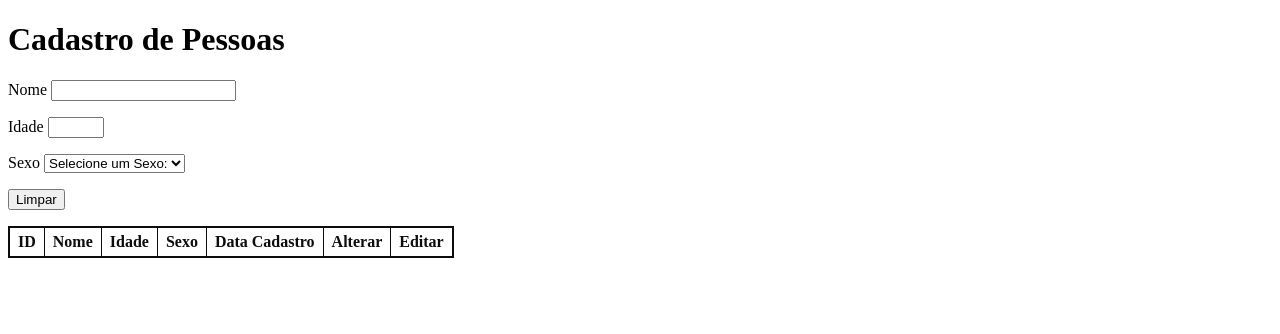
Repository: willisabino/Cadastrar-Pessoas
Page: http://localhost/cadastrarPessoas2/pessoaservlet
An editor plug-in stored every save of this project. The page is shown before and after the next save, followed by the edit.
The browser window is 1280 px wide. The pictures show the whole page.
The page is served by Tomcat 9. Other server files are loaded and not shown. Queries for data that is not in the repository find no rows.

Above is the page before, as saved 2022-05-22 23:28:39.

### cadastrarPessoas2/src/main/webapp/index.jsp
<%@page import="br.com.cadastrarpessoa.servlet.PessoaServlet"%>
<%@page import="br.com.cadastrarpessoa.service.PessoaService"%>
<%@page import="java.util.ArrayList"%>
<%@page import="br.com.cadastrarpessoa.model.Pessoa"%>
<%@page import="java.util.List"%>
<%@ page language="java" contentType="text/html; charset=ISO-8859-1"
	pageEncoding="ISO-8859-1"%>
<%@ taglib uri="http://java.sun.com/jsp/jstl/core" prefix="c"%>
<%@ taglib uri="http://java.sun.com/jsp/jstl/fmt" prefix="fmt"%>
<!DOCTYPE html>
<html>
<head>
<meta charset="ISO-8859-1">
<title>Cadastrar Pessoas</title>
<link rel="stylesheet" href="estilo.css">
</head>

<body>

	<form action="pessoaservlet" method="post">

		<h1>Cadastro de Pessoas</h1>

		<p hidden="hidden">
			<label for="id">ID</label>
			<input type="number" name="id" id="id" value="${ cadastro.id }">
		</p>
		<p>
			<label for="nome">Nome</label>
			<input type="text" name="nome" id="nome" required value="${ cadastro.nome }">
		</p>
		<p>
			<label for="nome">Idade</label>
			<input type="number" name="idade" id="idade" required min="0" max="99" value="${ cadastro.idade }">
		</p>
		<p>
			<label for="sexo">Sexo</label> <select name="sexo" id="sexo">
				<option>Selecione um Sexo:</option>
				<option value="m">Masculino</option>
				<option value="f">Feminino</option>
			</select>
		</p>
		<p>
			<input type="submit" value="Inserir" name="acao" id="inserir" hidden=false>
			<input type="submit" value="Alterar" name="acao" id="alterar" hidden>
			<input type="submit" value="Limpar" name="acao" id="limpar">
		</p>
	</form>

	<table>
		<thead>
			<tr>
				<th>ID</th>
				<th>Nome</th>
				<th>Idade</th>
				<th>Sexo</th>
				<th>Data Cadastro</th>
				<th>Alterar</th>
				<th>Editar</th>
			</tr>
		</thead>
		<tbody>
			<c:forEach items="${ sessaoListaPessoa }" var="listaPessoas">

				<tr>
					<td>${ listaPessoas.id }</td>
					<td>${ listaPessoas.nome }</td>
					<td>${ listaPessoas.idade }</td>
					<td>${ listaPessoas.sexo }</td>
					<td><fmt:formatDate value="${ listaPessoas.dataCadastro }" pattern="dd/MM/yyy"/></td>
					<td><a href="alterarCadastro?id=${listaPessoas.id}" onclick= 'bloquear()'>O</a></td>
					<td><a href="removePessoaServlet?id=${listaPessoas.id}">X</a></td>
				</tr>

			</c:forEach>
		</tbody>
	</table>
</body>
</html>

### cadastrarPessoas2/src/main/java/br/com/cadastrarpessoa/servlet/PessoaServlet.java
package br.com.cadastrarpessoa.servlet;

import java.io.IOException;
import java.io.PrintWriter;
import java.util.ArrayList;

import javax.servlet.RequestDispatcher;
import javax.servlet.ServletException;
import javax.servlet.annotation.WebServlet;
import javax.servlet.http.HttpServlet;
import javax.servlet.http.HttpServletRequest;
import javax.servlet.http.HttpServletResponse;

import br.com.cadastrarpessoa.dao.PessoaDao;
import br.com.cadastrarpessoa.model.Pessoa;
import br.com.cadastrarpessoa.service.PessoaService;

/**
 * Servlet implementation class PessoaServlet
 */
@WebServlet("/pessoaservlet")
public class PessoaServlet extends HttpServlet {
	private static final long serialVersionUID = 1L;


	protected void doGet(HttpServletRequest request, HttpServletResponse response) throws ServletException, IOException {

		response.setContentType("text/html");

		PessoaService pessoaService = new PessoaService();
		ArrayList<Pessoa> listaPessoa = new ArrayList<>();

		listaPessoa = pessoaService.chamaListaPessoaService();

		request.setAttribute("sessaoListaPessoa", listaPessoa);

		RequestDispatcher rd = request.getRequestDispatcher("index.jsp");
		rd.forward(request, response);
	}

	protected void doPost(HttpServletRequest request, HttpServletResponse response) throws ServletException, IOException {

		response.setContentType("text/html");

		String id =  request.getParameter("id");
		String nome =  request.getParameter("nome");
		String idade =  request.getParameter("idade");
		String sexo =  request.getParameter("sexo");
		String acao =  request.getParameter("acao");

		PessoaService pessoaService = new PessoaService();

		if(acao.equals("Inserir")) {

			pessoaService.inserirPessoas(nome, idade, sexo);

			response.sendRedirect("pessoaservlet");

		}else if(acao.equals("Alterar")) {

			pessoaService.alterarCadastro(id, nome, idade, sexo);

			response.sendRedirect("pessoaservlet");

		}

	}
}

### cadastrarPessoas2/src/main/java/br/com/cadastrarpessoa/service/PessoaService.java
package br.com.cadastrarpessoa.service;

import java.util.ArrayList;
import java.util.Date;

import br.com.cadastrarpessoa.dao.PessoaDao;
import br.com.cadastrarpessoa.model.Pessoa;

public class PessoaService {

	public ArrayList<Pessoa> chamaListaPessoaService() {

		PessoaDao pessoaDao = new PessoaDao();
		ArrayList<Pessoa> listaPessoa = new ArrayList<>();


		for(Pessoa p : pessoaDao.chamaListaPessoas()) {

			long id = p.getId();
			String nome = p.getNome();
			int idade = p.getIdade();
			String sexo = p.getSexo();
			Date data = new Date();

			listaPessoa.add(new Pessoa(id, nome, idade, sexo, data));
		}

		return listaPessoa;
	}

	public void inserirPessoas(String nome, String idade, String sexo) {

		PessoaDao pessoaDao = new PessoaDao();

		Pessoa pessoa = new Pessoa();
		pessoa.setNome(nome);
		pessoa.setIdade(Integer.parseInt(idade));
		pessoa.setSexo(sexo);
		pessoa.setDataCadastro(new Date());

		pessoaDao.inserirCadastro(pessoa);
	}

	public Pessoa buscaPessoaPeloId(String paramId) {

		int id = Integer.parseInt(paramId);

		ArrayList<Pessoa> listaPessoa = new ArrayList<>();
		PessoaService pessoaService = new PessoaService();
		listaPessoa = pessoaService.chamaListaPessoaService();

		for (int x = 0; x < listaPessoa.size(); x++) {

			if (listaPessoa.get(x).getId() == id) {

				return listaPessoa.get(x);
			}

		}
		return null;
	}

	public void alterarCadastro(String id, String nome, String idade, String sexo) {

		Pessoa pessoa = new Pessoa();
		PessoaDao pesssoaDao = new PessoaDao();


		pessoa.setNome(nome);
		pessoa.setIdade(Integer.parseInt(idade));
		pessoa.setSexo(sexo);
		pessoa.setDataCadastro(new Date());
		pessoa.setId(Long.parseLong(id));

		pesssoaDao.editarCadastro(pessoa);

	}



	public void removeCadastro(String id) {

		PessoaDao pessoaDao = new PessoaDao();

		pessoaDao.deletarCadastro(Long.parseLong(id));

	}

}

### cadastrarPessoas2/src/main/java/br/com/cadastrarpessoa/dao/PessoaDao.java
package br.com.cadastrarpessoa.dao;

import java.sql.Connection;
import java.sql.Date;
import java.sql.PreparedStatement;
import java.sql.ResultSet;
import java.util.ArrayList;

import br.com.cadastrarpessoa.factory.ConnectionFactory;
import br.com.cadastrarpessoa.model.Pessoa;

public class PessoaDao {

	public void inserirCadastro(Pessoa pessoa) {

		String sql = "INSERT INTO tb_ficha(nome, idade, sexo, dataCadastro) VALUES (?, ?, ?, ?)";

		Connection conn = null;
		PreparedStatement pstm = null;

		try {
			conn = ConnectionFactory.createConnectionToMySQL();

			pstm = (PreparedStatement) conn.prepareStatement(sql);

			pstm.setString(1, pessoa.getNome());
			pstm.setInt(2, pessoa.getIdade());
			pstm.setString(3, pessoa.getSexo());
			pstm.setDate(4, new Date(pessoa.getDataCadastro().getTime()));

			pstm.execute();

			System.out.println("Dados salvos!!!");

		}catch (Exception e) {

			e.printStackTrace();

		}finally {
			try{
				if(pstm!=null){
					pstm.close();
				}

				if(conn!=null) {
					conn.close();
				}
			}catch(Exception e) {
				e.printStackTrace();
			}
		}
	}


	public ArrayList<Pessoa> chamaListaPessoas(){

		String sql = "SELECT * FROM tb_ficha";

		ArrayList<Pessoa> pessoas = new ArrayList<Pessoa>();

		Connection conn = null;
		PreparedStatement pstm = null;

		ResultSet rset = null;

		try {
			conn = ConnectionFactory.createConnectionToMySQL();

			pstm = conn.prepareStatement(sql);

			rset = pstm.executeQuery();

			while(rset.next()) {

				Pessoa pessoa = new Pessoa();

				pessoa.setId(rset.getInt("id"));
				pessoa.setNome(rset.getString("nome"));
				pessoa.setIdade(rset.getInt("idade"));
				pessoa.setSexo(rset.getString("sexo"));
				pessoa.setDataCadastro(rset.getDate("dataCadastro"));

				pessoas.add(pessoa);
			}

		}catch (Exception e) {

			e.printStackTrace();

		}finally {
			try {
				if(rset != null) {
					rset.close();
				}

				if(pstm != null) {
					pstm.close();
				}

				if(conn!=null) {
					conn.close();
				}

			}catch(Exception e) {
				e.printStackTrace();
			}
		}

		return pessoas;
	}


	public void editarCadastro(Pessoa pessoa) {

		String sql = "UPDATE tb_ficha SET nome = ?, idade = ?, sexo = ?, dataCadastro = ? "+
		"WHERE id = ?";

		Connection conn = null;
		PreparedStatement pstm = null;

		try {
			conn = ConnectionFactory.createConnectionToMySQL();

			pstm = conn.prepareStatement(sql);

			pstm.setString(1, pessoa.getNome());
			pstm.setInt(2, pessoa.getIdade());
			pstm.setString(3, pessoa.getSexo());
			pstm.setDate(4, new Date(pessoa.getDataCadastro().getTime()));

			pstm.setLong(5, pessoa.getId());

			pstm.execute();

		}catch(Exception e) {

			e.printStackTrace();

		}finally {
			try {
				if(pstm!=null) {
					pstm.close();
				}

				if(conn!=null) {
					conn.close();
				}
			}catch(Exception e) {
				e.printStackTrace();
			}
		}

	}


	public void deletarCadastro(long id) {

		String sql = "DELETE FROM tb_ficha WHERE id = ?";

		Connection conn = null;

		PreparedStatement pstm = null;

		try {
			conn = ConnectionFactory.createConnectionToMySQL();

			pstm = conn.prepareStatement(sql);

			pstm.setLong(1, id);

			pstm.execute();

		}catch (Exception e) {

			e.printStackTrace();

		}finally {

			try {

				if(pstm != null) {

					pstm.close();

				}
				if(conn != null) {
					conn.close();
				}

			}catch(Exception e) {

				e.printStackTrace();
			}
		}
	}
}

### cadastrarPessoas2/src/main/java/br/com/cadastrarpessoa/factory/ConnectionFactory.java
package br.com.cadastrarpessoa.factory;

import java.sql.Connection;
import java.sql.DriverManager;

public class ConnectionFactory {

	private static final String USERNAME = "root";

	private static final String PASSWORD = "root";

	private static final String DATABASE_URL = "jdbc:mysql://localhost:3306/db_cadastro";

	public static Connection createConnectionToMySQL() throws Exception{

		Class.forName("com.mysql.jdbc.Driver");

		Connection connection = DriverManager.getConnection(DATABASE_URL, USERNAME, PASSWORD);

		return connection;
	}

	public static void main(String[] args) throws Exception {

		Connection con = createConnectionToMySQL();

		if(con!=null) {
			System.out.println("Conexão obtida com sucesso!");
			con.close();
		}

	}

}

### cadastrarPessoas2/src/main/webapp/estilo.css
@charset "UTF-8";

table {
    border: 2px solid rgb(14, 13, 13);
    border-collapse: collapse;
    background-color: white;
  }

th, tr, td {
    border: solid 1px rgb(14, 13, 13);
    color: rgb(14, 13, 13);
    background-color: white;
    padding: 5px 8px;
    text-align: center;
}

After the next save:
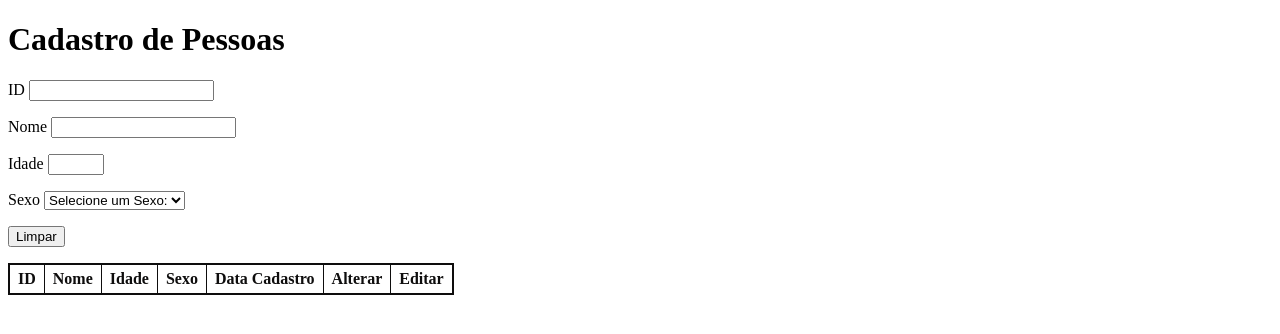
Saved 19 s later.
--- a/cadastrarPessoas2/src/main/webapp/index.jsp
+++ b/cadastrarPessoas2/src/main/webapp/index.jsp
@@ -21,7 +21,7 @@
 
 		<h1>Cadastro de Pessoas</h1>
 
-		<p hidden="hidden">
+		<p> <!-- hidden="hidden" -->
 			<label for="id">ID</label>
 			<input type="number" name="id" id="id" value="${ cadastro.id }">
 		</p>
